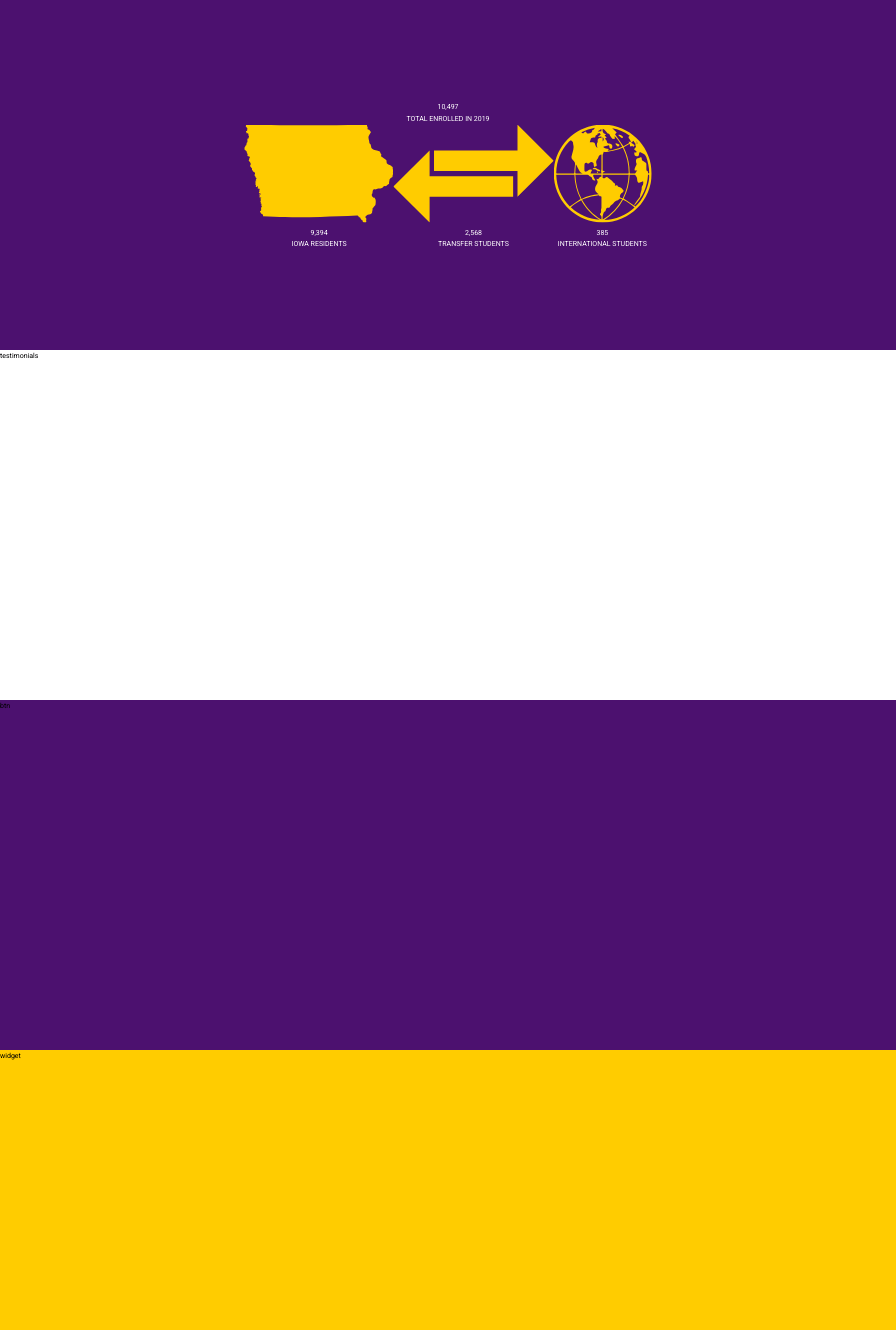
Repository: trietngo/nisg
Page: index.html
The author's editor kept a copy of each file at every save. The page is drawn from the files as they stood at one save, then again after the next save.
The browser window is 1280 px wide. The pictures show the part of the page from y = 720 to 2620 px (the page is 3020 px tall), at 70% of full size.
Some web fonts or font styles are not loaded; a fallback is used. The style sheet was rebuilt from its Sass, Less or Tailwind sources for each picture, by a compiler version that may differ from the author's.

Above is the page before, as saved 2020-08-26 11:36:40.

After the next save:
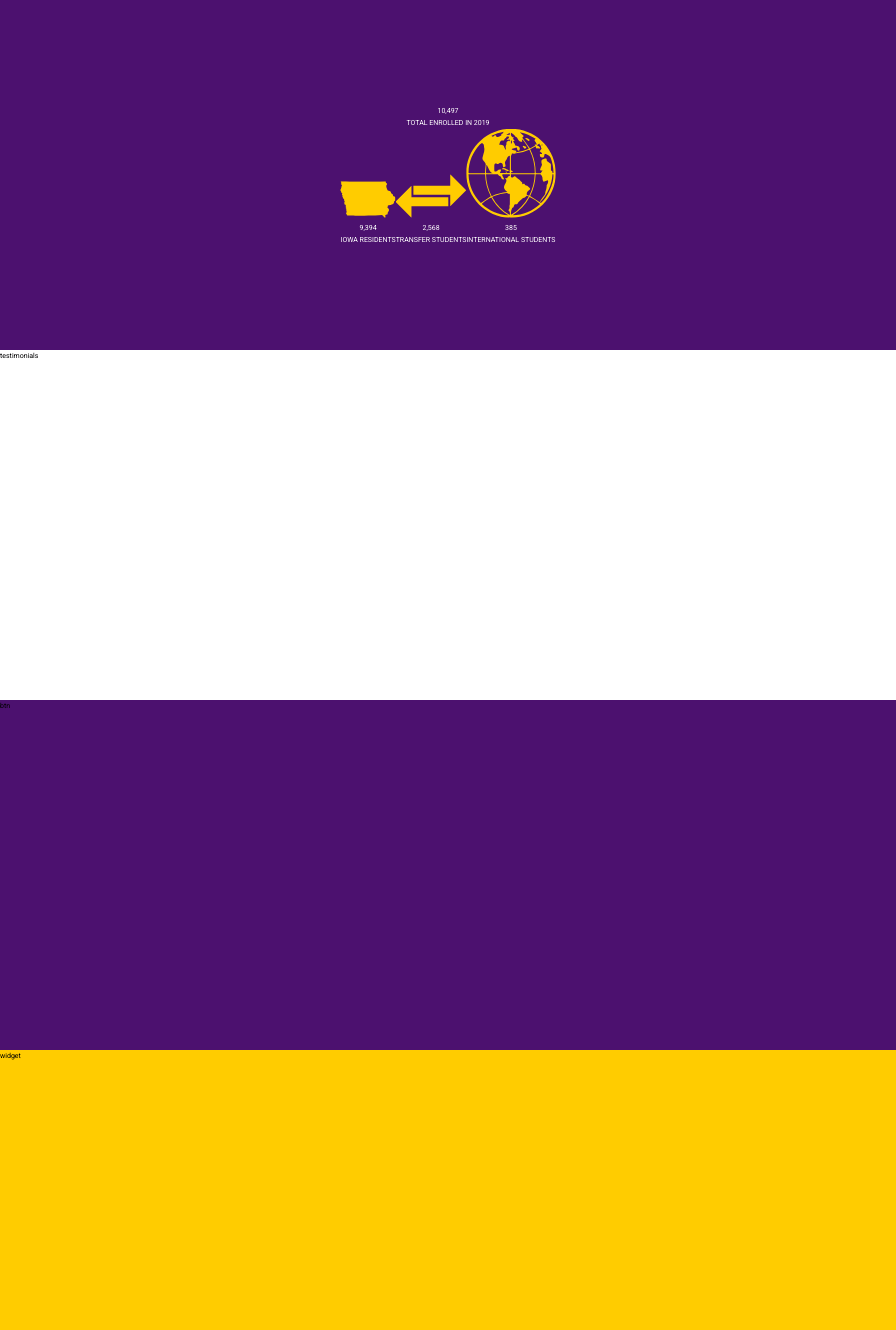
Saved 25 s later.
--- a/sass/layout/_enrollment.scss
+++ b/sass/layout/_enrollment.scss
@@ -21,7 +21,7 @@
     &__category {
 
         &--icon {
-            height: 14rem;
+
         }
 
         &--title {
